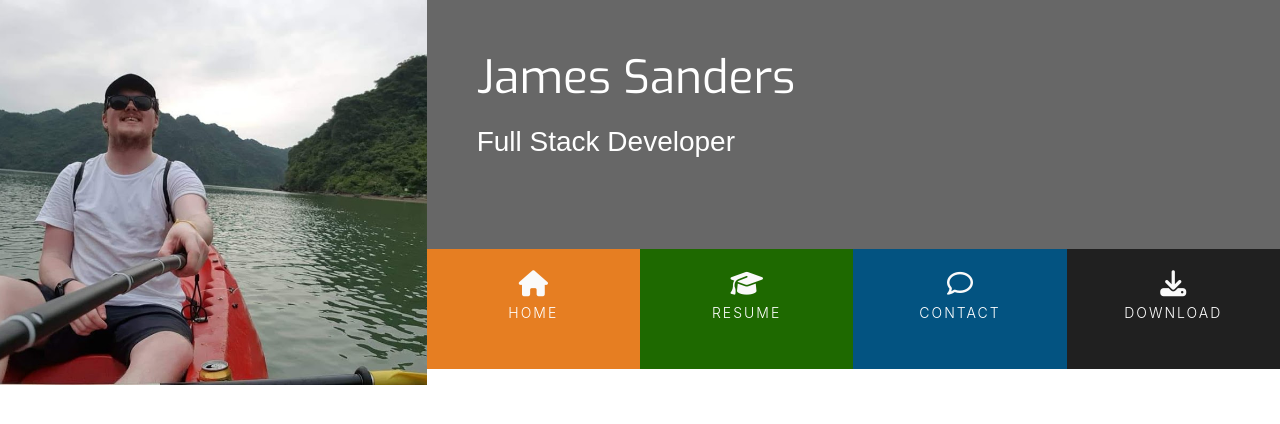
Repository: JaySanders95/my-online-resume
Page: index.html
The author's editor kept a copy of each file at every save. The page is drawn from the files as they stood at one save, then again after the next save.
The browser window is 1280 px wide. The pictures show the whole page.
Some web fonts or font styles are not loaded; a fallback is used. Some web libraries are served in a nearby version.

Above is the page before, as saved 2023-04-19 15:55:09.

After the next save:
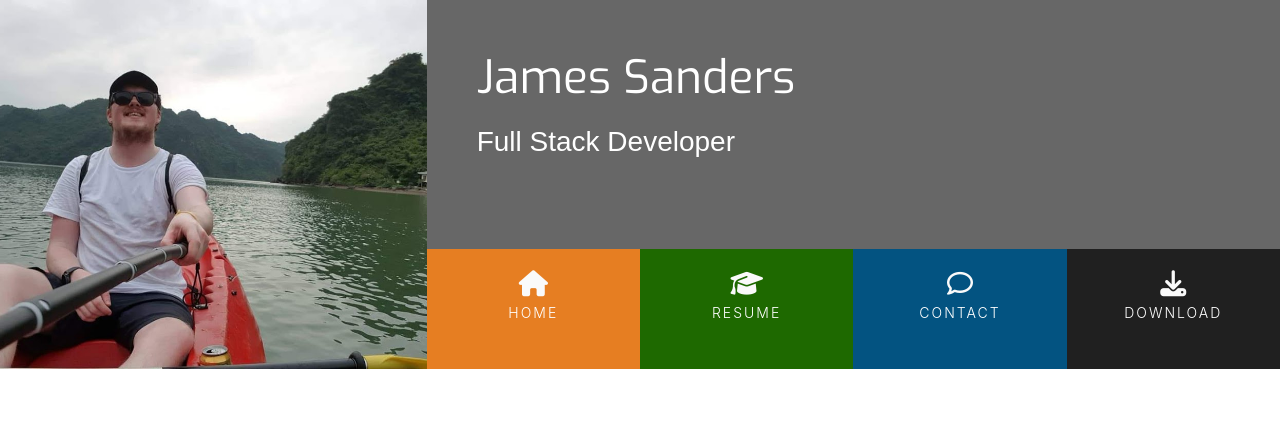
Saved 2 min 10 s later.
--- a/assets/css/style.css
+++ b/assets/css/style.css
@@ -69,6 +69,10 @@ header {
     padding: 0;
 }
 
+#nav {
+    margin: 0;
+}
+
 .menuitem {
     height: 120px;
     text-align: center;
@@ -100,3 +104,5 @@ header {
     font-weight: 300;
     letter-spacing: 2px;
 }
+
+.menuitem::ho
